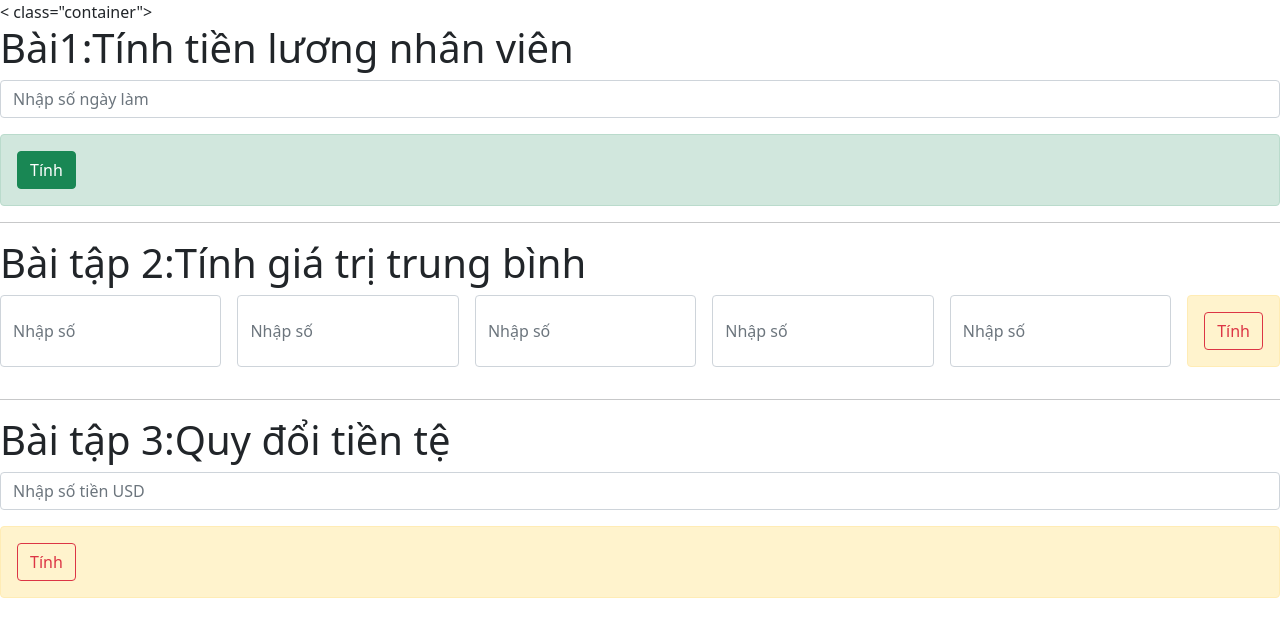
Repository: qkhanh1104k/Js-buoi2-3_giaodienbuoi1
Page: index.html
The author's editor kept a copy of each file at every save. The page is drawn from the files as they stood at one save, then again after the next save.
The browser window is 1280 px wide. The pictures show the whole page.

Above is the page before, as saved 2022-07-21 11:03:31.

After the next save:
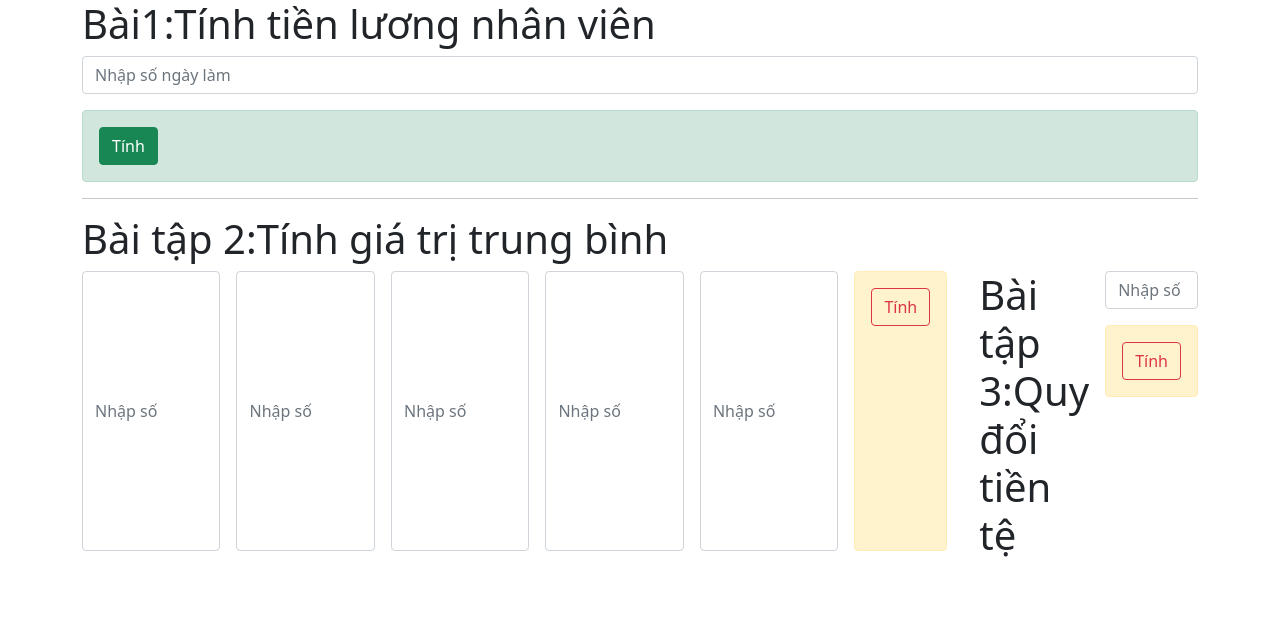
Saved 67 s later.
--- a/index.html
+++ b/index.html
@@ -13,7 +13,7 @@
     />
   </head>
   <body>
-    < class="container">
+    <div class="container">
       <h1>Bài1:Tính tiền lương nhân viên</h1>
       <div>
         <input
@@ -39,15 +39,18 @@
             Tính
           </button>
         </div>
-    </div>
         <hr/>
         <h1>Bài tập 3:Quy đổi tiền tệ</h1>
         <div>
             <input type="text" class="form-control mb-3" id="txtNumBt3" placeholder="Nhập số tiền USD">
             <div class="alert alert-warning" id="resBt3">
-                <button class="btn btn-outline-danger" onclick="changeMoney()">Tính</button>
+                <button class="btn btn-outline-danger" onclick="changeMony()">Tính</button>
             </div>
         </div>
+    </div>
+
+      </div>
+    </div>
 
     <script src="./index.js"></script>
   </body>
